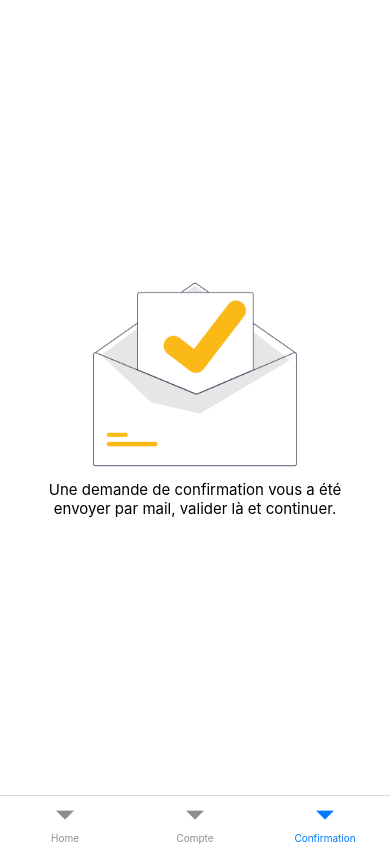
Repository: Norlan-20/Last-Afrilink
Screen: /Confirmation
These files come from the project's save history. The screen is drawn as it stood at one moment and after the next save; the edit follows.
The app was drawn by React Native's web renderer in a window 390 px wide. The project was rebuilt for these pictures with package versions that can differ from the ones it lists, and the page was loaded fresh each time. Also part of the build but not shown: screen/User.js.

Above is the screen before, as saved 2021-09-24 22:06:21.

After the next save:
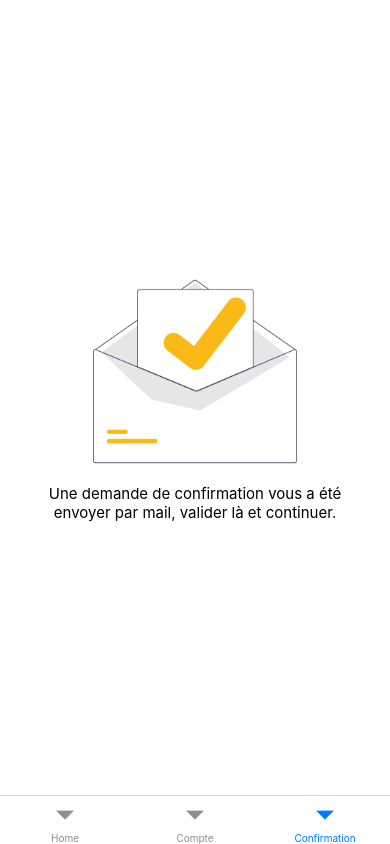
Saved 6 s later.
--- a/screen/Confirmation.js
+++ b/screen/Confirmation.js
@@ -26,7 +26,7 @@ const styles = StyleSheet.create({
         width: width - (width / 5),
         textAlign: 'center',
         fontSize: 15,
-        marginTop: 8
+        marginTop: 15
     },
 });
 
